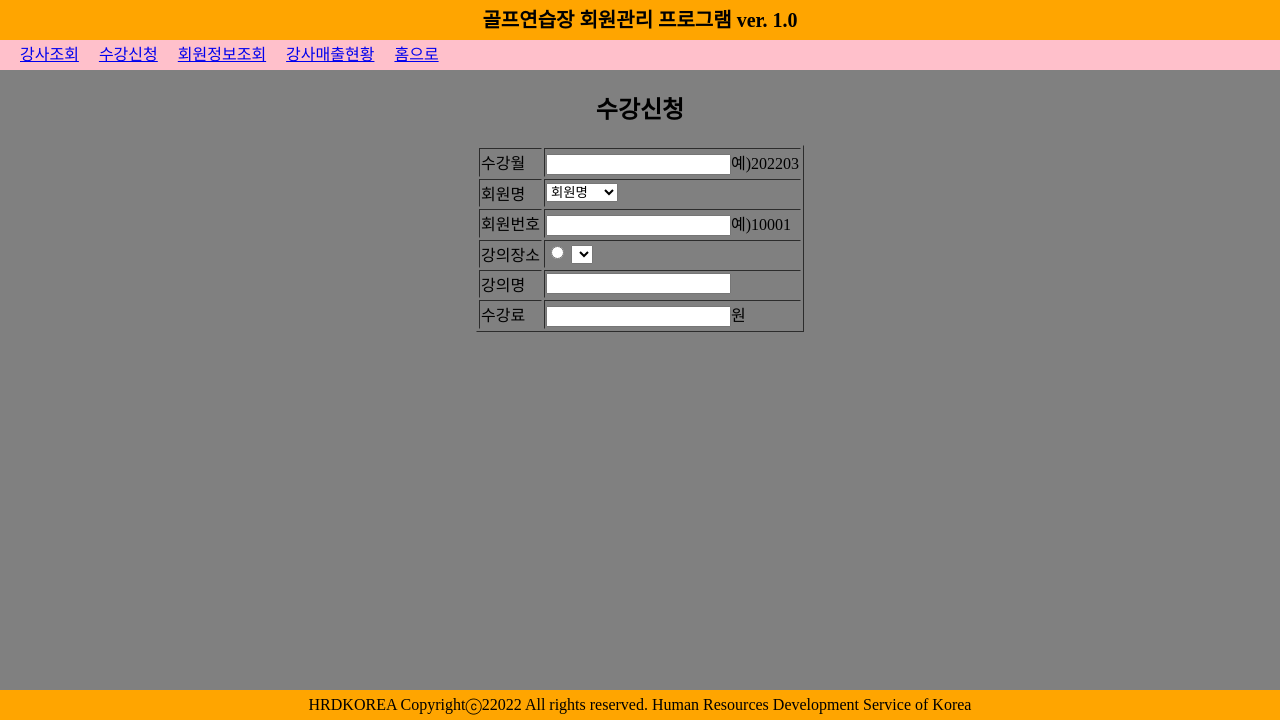
Repository: leesuyeon116/HRD_3
Page: http://localhost/HRD_0505/insert.jsp
The author's editor kept a copy of each file at every save. The page is drawn from the files as they stood at one save, then again after the next save.
The browser window is 1280 px wide. The pictures show the whole page.
The page is served by Tomcat 9.

Above is the page before, as saved 2024-05-05 09:32:10.

### workspace/HRD_0505/src/main/webapp/insert.jsp
<%@ page language="java" contentType="text/html; charset=UTF-8"
    pageEncoding="UTF-8"%>
<!DOCTYPE html>
<html>
<head>
<meta charset="UTF-8">
<title>insert</title>
</head>
<body>
<jsp:include page="header.jsp"></jsp:include>
<section style="position: fixed; top: 70px; left: 0px; width: 100%; height: 100%; background-color: gray">
<h2 style="text-align: center">수강신청</h2>
	<form style="display: flex; align-items: center; justify-content: center">
		<table border="1">
			<tr>
				<td>수강월</td>
				<td><input type="text" name="regist_month">예)202203</td>
			</tr>

			<tr>
				<td>회원명</td>
					<td>
						<select name="c_name">
							<option value="">회원명</option>
							<option value="1">서울본원</option>
							<option value="2">성남본원</option>
							<option value="3">대전본원</option>
							<option value="4">부산본원</option>
							<option value="5">대구본원</option>
						</select>
					</td>
			</tr>

			<tr>
				<td>회원번호</td>
				<td><input type="text" name="c_no">예)10001</td>
			</tr>

			<tr>
				<td>강의장소</td>
					<td>
					<input type="radio" name="class_area">
						<select></select>
					</td>
			</tr>

			<tr>
				<td>강의명</td>
				<td><input type="text" name="class_name"></td>
			</tr>

			<tr>
				<td>수강료</td>
				<td><input type="text" name="class_price">원</td>
			</tr>

		</table>
	</form>

</section>

<jsp:include page="footer.jsp"></jsp:include>
</body>
</html>

### workspace/HRD_0505/src/main/webapp/header.jsp
<%@ page language="java" contentType="text/html; charset=UTF-8"
    pageEncoding="UTF-8"%>
<!DOCTYPE html>
<html>
<head>
<meta charset="UTF-8">
<title>header</title>
</head>
<body>
<header style="position: fixed; top: 0px; left: 0px; width: 100%; height: 40px; line-height: 40px; background-color: orange;
	text-align: center; font-size: 20px">
<b>골프연습장 회원관리 프로그램 ver. 1.0</b>
</header>

<nav style="position: fixed; top: 40px; left: 0px; width: 100%; height: 30px; line-height: 30px; background-color: pink;
	padding-left: 20px">
	<a href="tlist.jsp">강사조회</a> &nbsp; &nbsp;
	<a href="insert.jsp">수강신청</a> &nbsp; &nbsp;
	<a href="mlist.jsp">회원정보조회</a> &nbsp; &nbsp;
	<a href="salary.jsp">강사매출현황</a> &nbsp; &nbsp;
	<a href="index.jsp">홈으로</a> &nbsp; &nbsp;
</nav>
</body>
</html>

### workspace/HRD_0505/src/main/webapp/footer.jsp
<%@ page language="java" contentType="text/html; charset=UTF-8"
    pageEncoding="UTF-8"%>
<!DOCTYPE html>
<html>
<head>
<meta charset="UTF-8">
<title>footer</title>
</head>
<body>
<footer style="position: fixed; bottom: 0px; left: 0px; width: 100%; height: 30px; line-height: 30px; background-color: orange;
	text-align: center">
	HRDKOREA Copyrightⓒ22022 All rights reserved. Human Resources Development Service of Korea
</footer>
</body>
</html>

After the next save:
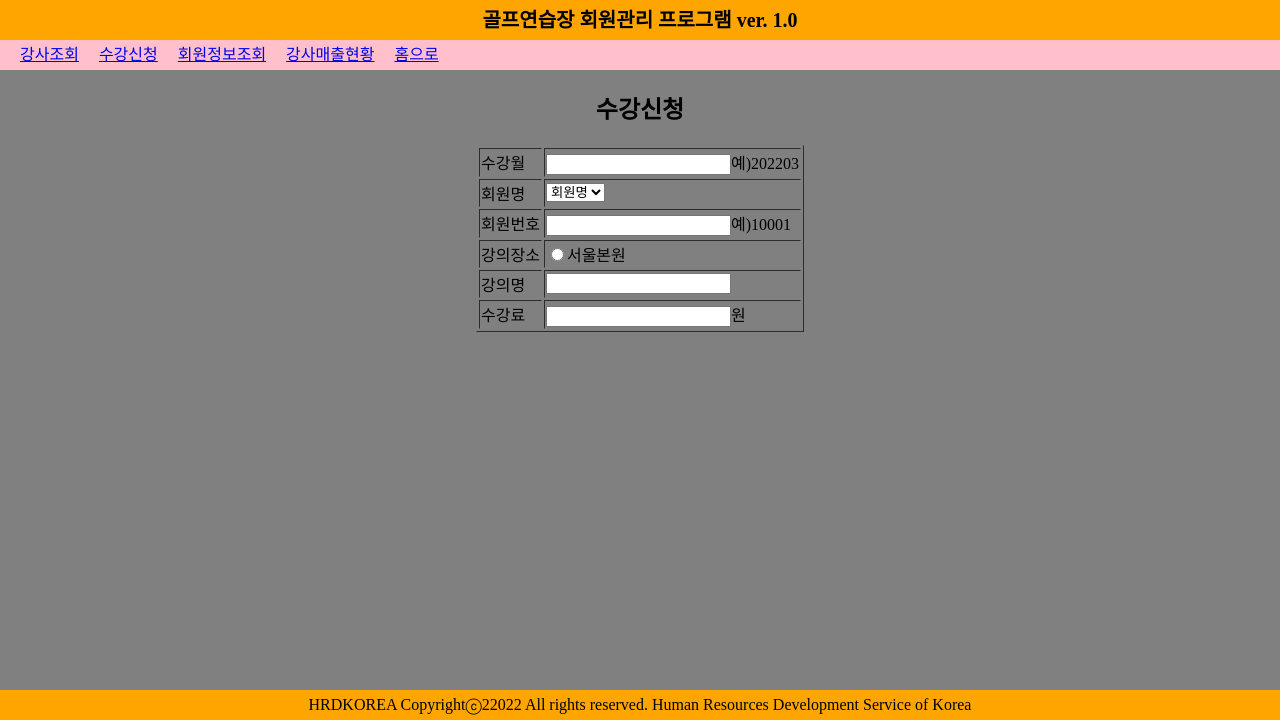
Saved 4 min 4 s later.
--- a/workspace/HRD_0505/src/main/webapp/insert.jsp
+++ b/workspace/HRD_0505/src/main/webapp/insert.jsp
@@ -22,11 +22,11 @@
 					<td>
 						<select name="c_name">
 							<option value="">회원명</option>
-							<option value="1">서울본원</option>
-							<option value="2">성남본원</option>
-							<option value="3">대전본원</option>
-							<option value="4">부산본원</option>
-							<option value="5">대구본원</option>
+							<option value="1">홍길동</option>
+							<option value="2">장발장</option>
+							<option value="3">임꺽정</option>
+							<option value="4">성춘향</option>
+							<option value="5">이몽룡</option>
 						</select>
 					</td>
 			</tr>
@@ -38,10 +38,7 @@
 
 			<tr>
 				<td>강의장소</td>
-					<td>
-					<input type="radio" name="class_area">
-						<select></select>
-					</td>
+					<td><input type="radio" name="class_area" value="">서울본원</td>
 			</tr>
 
 			<tr>
